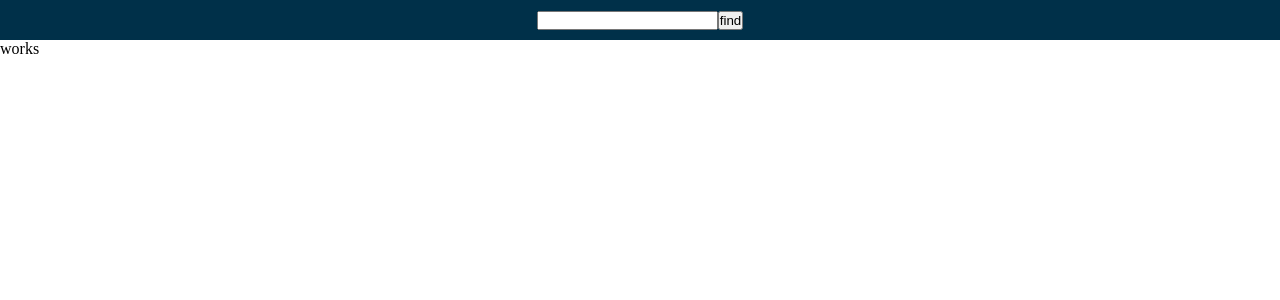
Repository: rutsguifd/uni
Page: / (app in filmhub-react/)
An editor plug-in stored every save of this project. The page is shown before and after the next save, followed by the edit.
The browser window is 1280 px wide. The pictures show the whole page.
The page's requests for data from a server got no answer. The project was rebuilt for these pictures with package versions that can differ from the ones it lists, and the page was loaded fresh each time. No one was signed in, and anything a server would have sent is missing.

Above is the page before, as saved 2022-04-12 17:35:50.

After the next save:
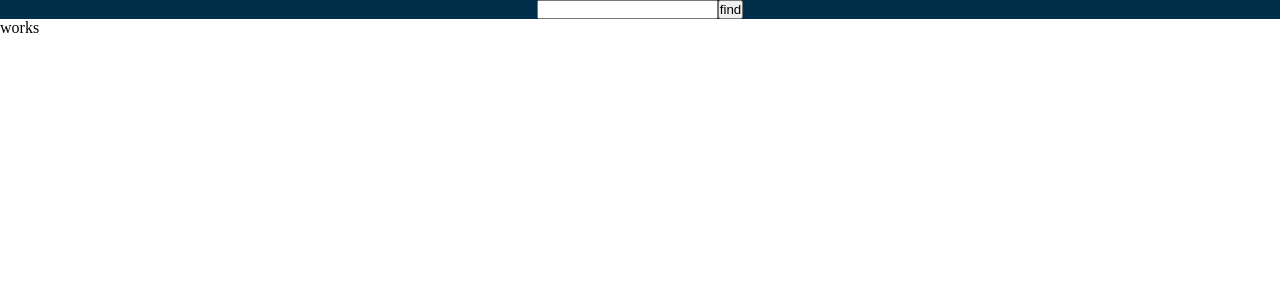
Saved 7 s later.
--- a/filmhub-react/src/styles/Header.scss
+++ b/filmhub-react/src/styles/Header.scss
@@ -1,6 +1,5 @@
 .header{
     display: flex;
-    height: 40px;
     justify-content: center;
     align-items: center;
     background-color: #003049;
